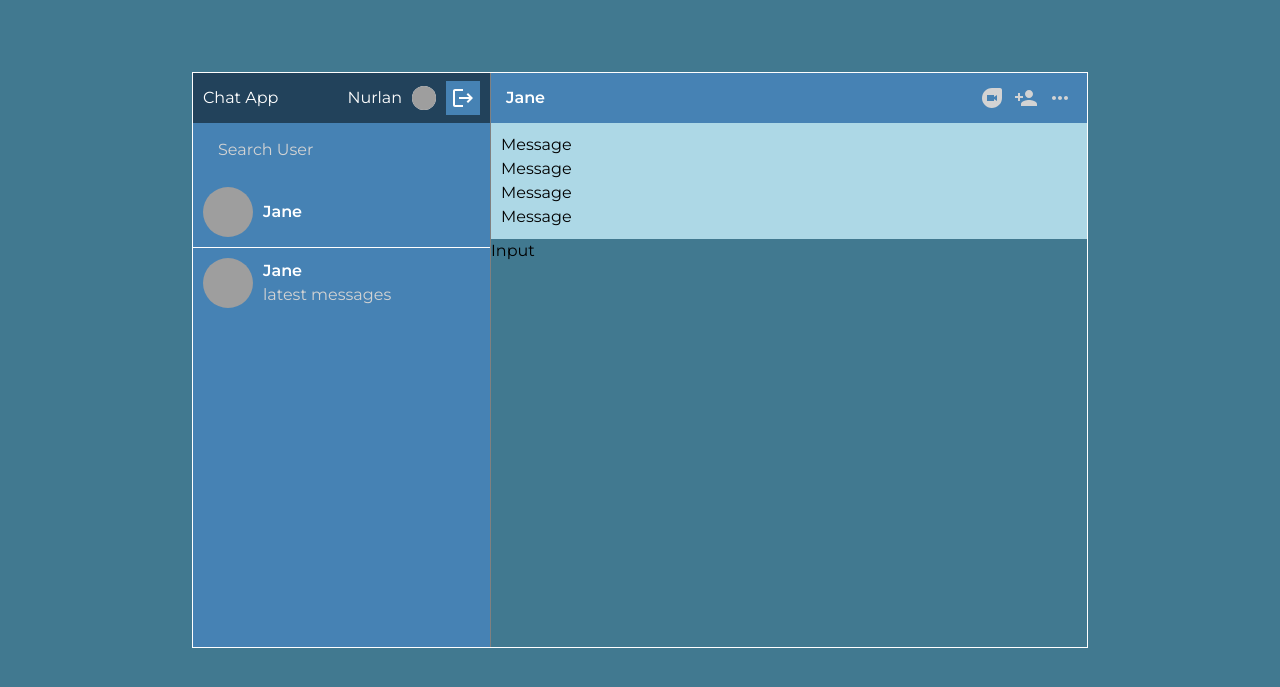
Repository: Nurlan-Bakenbaev/chat-app
Page: /
An editor plug-in stored every save of this project. The page is shown before and after the next save, followed by the edit.
The browser window is 1280 px wide. The pictures show the whole page.
Pictures or frames that could not be fetched are drawn as grey boxes. The project was rebuilt for these pictures with package versions that can differ from the ones it lists, and the page was loaded fresh each time. Also part of the build but not shown: vite.config.js. Imported but missing from the stored project, and not drawn on this page: src/pages/Login.

Above is the page before, as saved 2023-08-19 18:26:15.

After the next save:
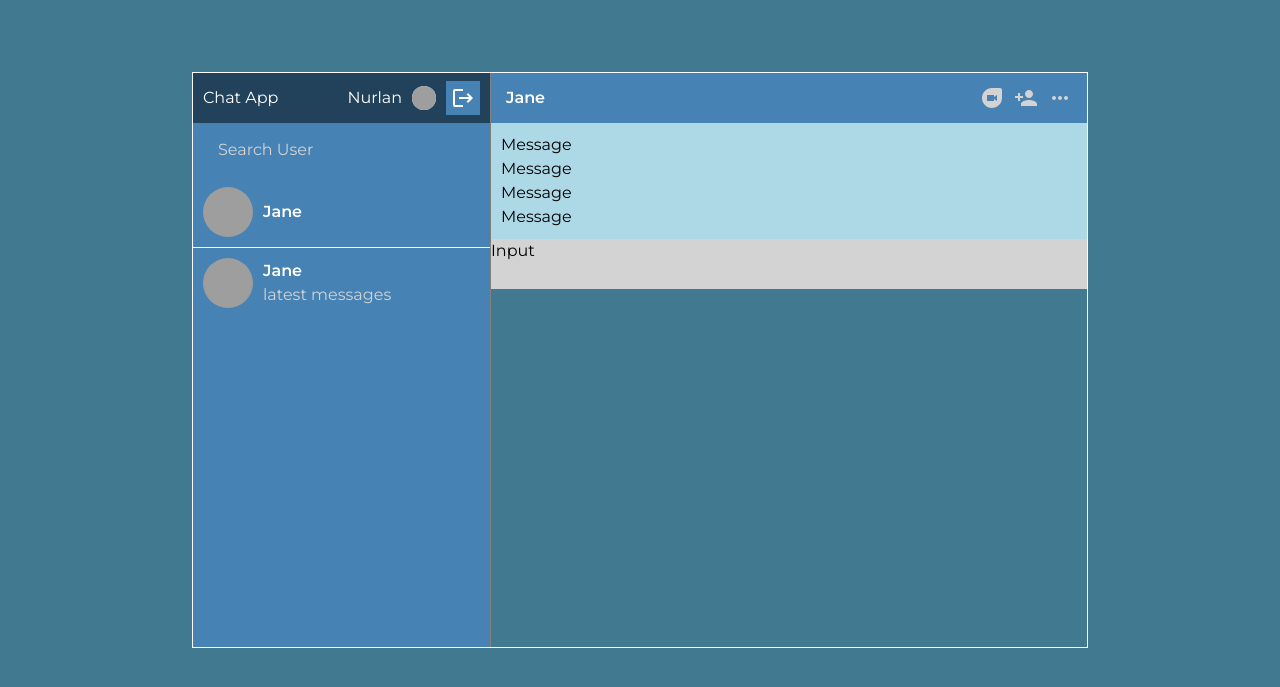
Saved 4 s later.
--- a/src/style.scss
+++ b/src/style.scss
@@ -206,7 +206,7 @@
       }
       .input{
         height: 50px;
-        background-color: li;
+        background-color: lightgrey;
       }
     }
   }
